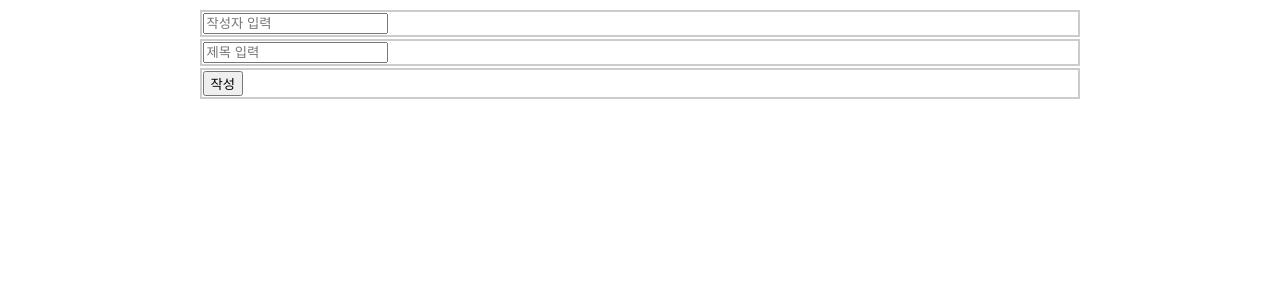
Repository: gudbrwkd98/JavaEE-JSP
Page: http://localhost/BoardApp/news/regist_form.jsp
The author's editor kept a copy of each file at every save. The page is drawn from the files as they stood at one save, then again after the next save.
The browser window is 1280 px wide. The pictures show the whole page.
The page is served by Tomcat 9.

Above is the page before, as saved 2020-12-09 02:10:18.

After the next save:
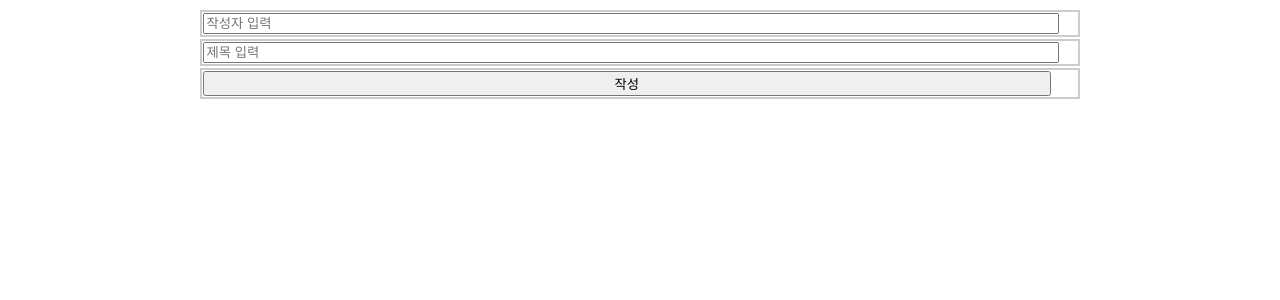
Saved 31 s later.
--- a/BoardApp/WebContent/news/regist_form.jsp
+++ b/BoardApp/WebContent/news/regist_form.jsp
@@ -10,6 +10,10 @@ table{
 }
 td{
 	border:2px solid #cccccc;
+}
+
+td input,textarea{
+	width:97%;
 }
 
 </style>
